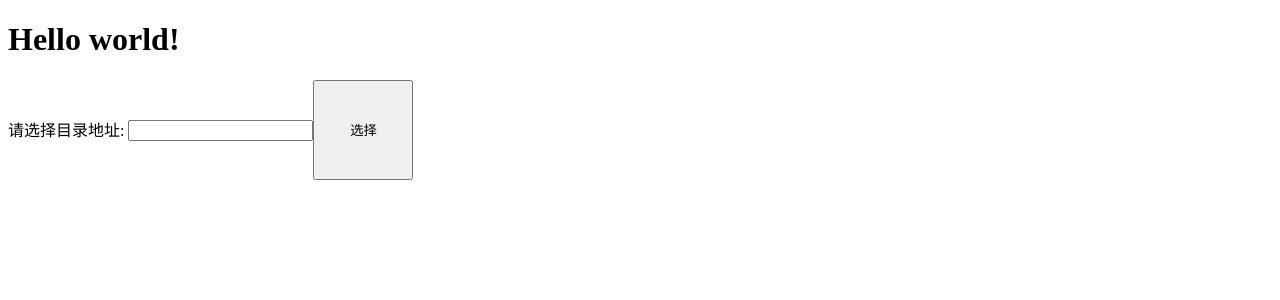
Repository: cjl1828103646/G25
Page: sqsx1/WebContent/index.html
The author's editor kept a copy of each file at every save. The page is drawn from the files as they stood at one save, then again after the next save.
The browser window is 1280 px wide. The pictures show the whole page.

Above is the page before, as saved 2023-06-26 11:56:55.

After the next save:
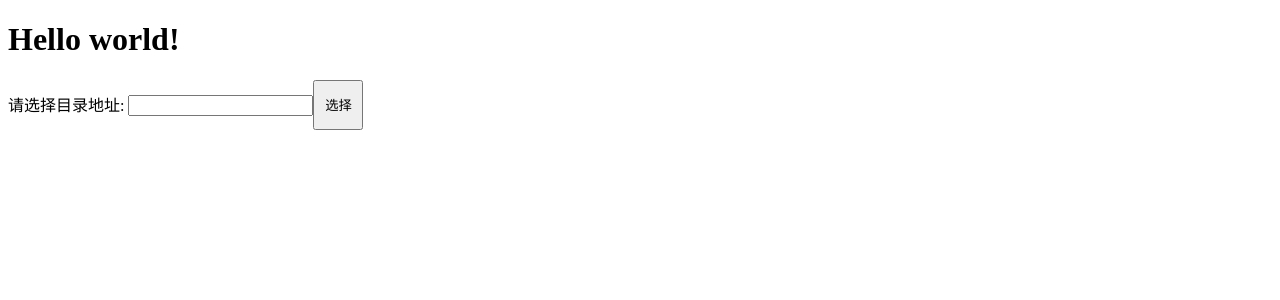
Saved 23 s later.
--- a/sqsx1/WebContent/index.html
+++ b/sqsx1/WebContent/index.html
@@ -6,6 +6,6 @@
 </head>
 <body>
 <h1>Hello world!</h1>
-<p>请选择目录地址:  <input type="text"><button id=bt1 style="height:100px;width:100px;">选择</button></p>
+<p>请选择目录地址:  <input type="text"><button id=bt1 style="height:50px;width:50px;">选择</button></p>
 </body>
 </html>
